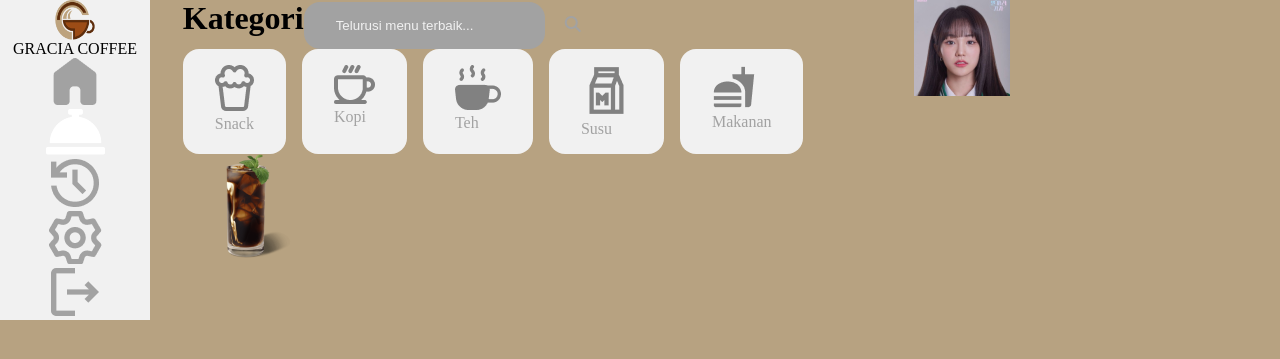
Repository: DanielChuaaa/sbd2
Page: index.html
These files come from the project's save history. The page is drawn as it stood at one moment and after the next save; the edit follows.
The browser window is 1280 px wide. The pictures show the whole page.
Some web libraries are served in a nearby version.

Above is the page before, as saved 2023-10-20 11:03:43.

### index.html
<!DOCTYPE html>
<html lang="en">
<head>
    <meta charset="UTF-8">
    <meta name="viewport" content="width=device-width, initial-scale=1.0">
    <title>Document</title>
    <link href="https://fonts.googleapis.com/css2?family=Roboto+Mono:wght@400;600;700&display=swap" rel="stylesheet" />
    <link
      rel="stylesheet"
      href="https://cdnjs.cloudflare.com/ajax/libs/font-awesome/6.1.2/css/all.min.css"
      integrity="sha512-1sCRPdkRXhBV2PBLUdRb4tMg1w2YPf37qatUFeS7zlBy7jJI8Lf4VHwWfZZfpXtYSLy85pkm9GaYVYMfw5BC1A=="
      crossorigin="anonymous"
      referrerpolicy="no-referrer"
    />
    <link rel="stylesheet" href="style.css">
</head>
<body>
    <div class="container">
        <div class="grid-wrapper">
            <div class="icon">
                <img src="/assets/logo projek SBD 1.png" width="40px" height="40px" alt="logo">
                <p>GRACIA COFFEE</p>
                <a href="#"><img src="./assets/home.png" alt="home"></a>
                <a href="#"><img src="./assets/menu.png" alt="menu"></a>
                <a href="#"><img src="./assets/history.png" alt="history"></a>
                <a href="#"><img src="./assets/setting.png" alt="setting"></a>

                <a href="#"><img src="./assets/logout.png" alt="logout"></a>
            </div>

            <div class="content">
                <div class="nav">
                    <h1>Kategori</h1>
                    <div class="inputWrapper">
                        <input type="text" name="text" id="text" class="input" placeholder="Telurusi menu terbaik...">
                        <i class="fa-solid fa-magnifying-glass"></i>
                    </div>
                </div>

                <div class="menu">
                    <div class="iconMenu"><a href="#"><img src="./assets/popcorn.png" alt="popcorn"></a>
                        <p>Snack</p>
                    </div>
                    <div class="iconMenu"><a href="#"><img src="./assets/kopi.png" alt="kopi"></a>
                        <p>Kopi</p>
                    </div>
                    <div class="iconMenu"><a href="#"><img src="./assets/teh.png" alt="teh"></a>
                        <p>Teh</p>
                    </div>
                    <div class="iconMenu"><a href="#"><img src="./assets/susu.png" alt="susu"></a>
                        <p>Susu</p>
                    </div>
                    <div class="iconMenu"><a href="#"><img src="./assets/makanan.png" alt="makanan"></a>
                        <p>Makanan</p>
                    </div>
                </div>

                <div class="orderMenu">
                    <div class="menu1">
                        <img src="./assets/10032021_Vietnamese_LS-min 1.png" alt="">
                    </div>
                    <div class="menu2"></div>
                </div>
            </div>

            <div class="order">
                <img src="/assets/g_8___8_idola_cantik_berbakat_alumni_sm_entertainment_yang_sudah_debut_di_girlgroup_agensi_lain_p_eks_sm_trainee-20220408-001-non_fotografer_kly 1.png" alt="">
            </div>
        </div>
    </div>
</body>
</html>

### style.css
:root{
    --clr-primary-100: #B7A281;

    --clr-neutral-100: #818181;
    --clr-neutral-200: #A2A2A2;
    --clr-neutral-300: #D9D9D9;
    --clr-neutral-400: #F8F8F8;
    --clr-neutral-500:  #f1f1f1;

    --ff: "Roboto Mono", monospace;

    --fw-regular: 400;
    --fw-semi-bold: 600;
    --fw-bold: 700;
}

*{
    box-sizing: border-box;
    margin: 0;
    padding: 0;
}

body{
    background-color: #B7A281;
}

.grid-wrapper{
    display: grid;
    grid-template-columns: 0.5fr 2fr 1fr;
}

.icon{
    background: var(--clr-neutral-500);

    display: flex;
    flex-direction: column;

    align-items: center;
    max-width: 150px;
}

.fa-solid{
    color: var(--clr-neutral-200);
    padding: 1rem;
}


/* content */

.nav{
    display: flex;

}

.input{
    background: var(--clr-neutral-200);

    border: none;
    padding: 1rem 2rem;
    border-radius: 1rem;

}

::placeholder{
    color: var(--clr-neutral-500);
}

.menu{
    display: flex;
    gap: 1rem;
}

.iconMenu{
    background: var(--clr-neutral-500);

    padding: 1rem 2rem;
    border-radius: 1rem;
}

.iconMenu p{
    color: var(--clr-neutral-200);
}

After the next save:
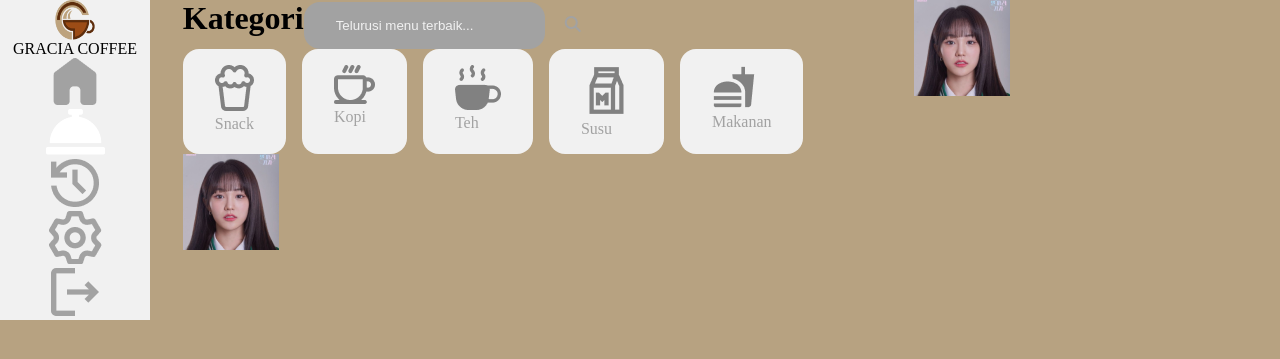
Saved 5 s later.
--- a/index.html
+++ b/index.html
@@ -57,7 +57,7 @@
 
                 <div class="orderMenu">
                     <div class="menu1">
-                        <img src="./assets/10032021_Vietnamese_LS-min 1.png" alt="">
+                        <img src="./assets/g_8___8_idola_cantik_berbakat_alumni_sm_entertainment_yang_sudah_debut_di_girlgroup_agensi_lain_p_eks_sm_trainee-20220408-001-non_fotografer_kly 1.png" alt="">
                     </div>
                     <div class="menu2"></div>
                 </div>
